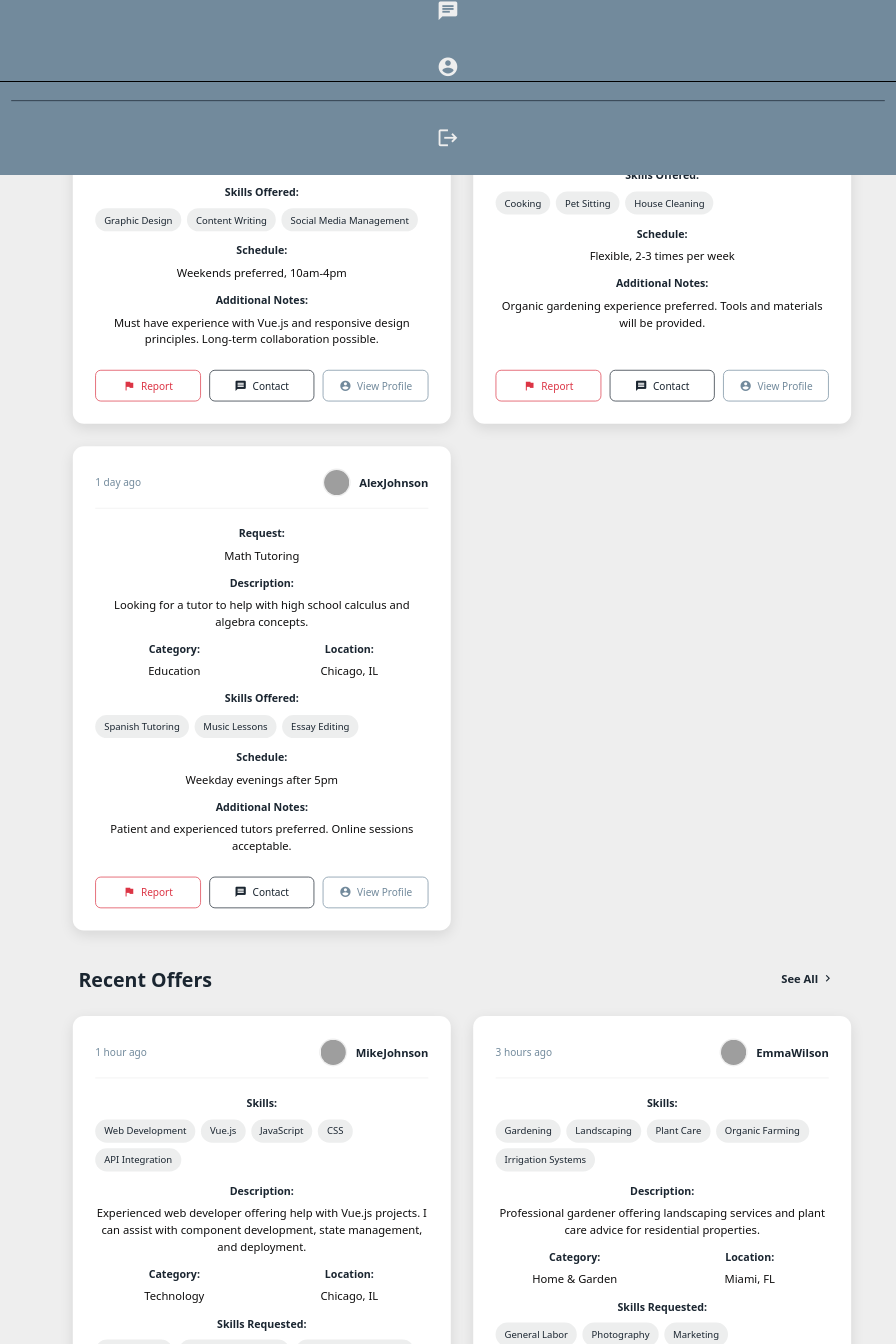
Repository: wholaanmo/news-snap
Page: /
These files come from the project's save history. The page is drawn as it stood at one moment and after a run of saves; the edit follows.
The browser window is 1280 px wide. The pictures show the part of the page from y = 309 to 2229 px (the page is 3397 px tall), at 70% of full size.
Pictures or frames that could not be fetched are drawn as grey boxes. The project was rebuilt for these pictures with package versions that can differ from the ones it lists, and the page was loaded fresh each time.

Above is the page before, as saved 2025-09-30 23:40:18.

### index.html
<!doctype html>
<html lang="en">
  <head>
    <meta charset="UTF-8" />
    <link rel="icon" type="image/svg+xml" href="/vite.svg" />
    <meta name="viewport" content="width=device-width, initial-scale=1.0" />
    <title>CommuniTrade</title>
    <link href="https://fonts.googleapis.com/css2?family=Material+Icons"
      rel="stylesheet">
    <link href="https://fonts.googleapis.com/css2?family=Roboto:wght@400;700&display=swap" rel="stylesheet">
    <link href="https://fonts.googleapis.com/css2?family=Inter:wght@400;600&display=swap" rel="stylesheet">
  </head>
  <body>
    <div id="app"></div>
    <script type="module" src="/src/main.js"></script>
  </body>
</html>

### src/views/Home.vue
<template>
    <div class="dashboard">
      <!-- Requests Section -->
      <section class="requests-section">
        <div class="section-header">
          <h2>Recent Requests</h2>
          <button class="see-all-btn" @click="navigateToRequests">
            See All
            <span class="material-icons">chevron_right</span>
          </button>
        </div>

        <div class="cards-container">
          <div
            v-for="request in filteredRequests.slice(0, 3)"
            :key="request.id"
            class="request-card"
          >
            <!-- Card Header -->
            <div class="card-header">
              <span class="posted-time">{{ request.timePosted }}</span>
              <div class="user-info">
                <div class="profile-pic-container">
                  <img
                    :src="request.profilePic"
                    :alt="request.accountName"
                    class="profile-pic"
                    @error="handleImageError"
                  >
                </div>
                <span class="account-name">{{ request.accountName }}</span>
              </div>
            </div>

            <!-- Card Content -->
            <div class="card-content">
              <div class="detail-item">
                <label>Request:</label>
                <span class="detail-value">{{ request.request }}</span>
              </div>
              <div class="detail-item">
                <label>Description:</label>
                <span class="detail-value">{{ request.description }}</span>
              </div>
              <div class="detail-row">
                <div class="detail-item">
                  <label>Category:</label>
                  <span class="detail-value">{{ request.category }}</span>
                </div>
                <div class="detail-item">
                  <label>Location:</label>
                  <span class="detail-value">{{ request.location }}</span>
                </div>
              </div>
              <div class="detail-item">
                <label>Skills Offered:</label>
                <div class="skills-tags">
                  <span
                    v-for="skill in request.skillsOffered"
                    :key="skill"
                    class="skill-tag"
                  >
                    {{ skill }}
                  </span>
                </div>
              </div>
              <div class="detail-item">
                <label>Schedule:</label>
                <span class="detail-value">{{ request.schedule }}</span>
              </div>
              <div class="detail-item">
                <label>Additional Notes:</label>
                <span class="detail-value">{{ request.additionalNotes }}</span>
              </div>
            </div>

            <!-- Card Actions -->
            <div class="card-actions">
              <button class="btn report-btn">
                <span class="material-icons">flag</span>
                Report
              </button>
              <button class="btn contact-btn">
                <span class="material-icons">message</span>
                Contact
              </button>
              <button class="btn profile-btn">
                <span class="material-icons">account_circle</span>
                View Profile
              </button>
            </div>
          </div>
        </div>
      </section>

      <!-- Offers Section -->
      <section class="offers-section">
        <div class="section-header">
          <h2>Recent Offers</h2>
          <button class="see-all-btn" @click="navigateToOffers">
            See All
            <span class="material-icons">chevron_right</span>
          </button>
        </div>

        <div class="cards-container">
          <div
            v-for="offer in filteredOffers.slice(0, 3)"
            :key="offer.id"
            class="offer-card"
          >
            <!-- Card Header -->
            <div class="card-header">
              <span class="posted-time">{{ offer.timePosted }}</span>
              <div class="user-info">
                <div class="profile-pic-container">
                  <img
                    :src="offer.profilePic"
                    :alt="offer.accountName"
                    class="profile-pic"
                    @error="handleImageError"
                  >
                </div>
                <span class="account-name">{{ offer.accountName }}</span>
              </div>
            </div>

            <!-- Card Content -->
            <div class="card-content">
              <div class="detail-item">
                <label>Skills:</label>
                <div class="skills-tags">
                  <span
                    v-for="skill in offer.skills"
                    :key="skill"
                    class="skill-tag"
                  >
                    {{ skill }}
                  </span>
                </div>
              </div>
              <div class="detail-item">
                <label>Description:</label>
                <span class="detail-value">{{ offer.description }}</span>
              </div>
              <div class="detail-row">
                <div class="detail-item">
                  <label>Category:</label>
                  <span class="detail-value">{{ offer.category }}</span>
                </div>
                <div class="detail-item">
                  <label>Location:</label>
                  <span class="detail-value">{{ offer.location }}</span>
                </div>
              </div>
              <div class="detail-item">
                <label>Skills Requested:</label>
                <div class="skills-tags">
                  <span
                    v-for="skill in offer.skillsRequested"
                    :key="skill"
                    class="skill-tag"
                  >
                    {{ skill }}
                  </span>
                </div>
              </div>
              <div class="detail-item">
                <label>Schedule:</label>
                <span class="detail-value">{{ offer.schedule }}</span>
              </div>
              <div class="detail-item">
                <label>Additional Notes:</label>
                <span class="detail-value">{{ offer.additionalNotes }}</span>
              </div>
            </div>

            <!-- Card Actions -->
            <div class="card-actions">
              <button class="btn report-btn">
                <span class="material-icons">flag</span>
                Report
              </button>
              <button class="btn contact-btn">
                <span class="material-icons">message</span>
                Contact
              </button>
              <button class="btn profile-btn">
                <span class="material-icons">account_circle</span>
                View Profile
              </button>
            </div>
          </div>
        </div>
      </section>
    </div>
  </template>

  <script setup>
  import { ref, computed } from 'vue'
  import { useRouter } from 'vue-router'

  const router = useRouter()
  const searchQuery = ref('')

  // Sample data for requests with profile pictures
  const requests = ref([
    {
      id: 1,
      accountName: 'JohnDoe',
      profilePic: 'https://images.unsplash.com/photo-1472099645785-5658abf4ff4e?w=150&h=150&fit=crop&crop=face',
      timePosted: '2 hours ago',
      request: 'Web Development Help',
      description: 'Need help building a responsive website for my small business. Looking for someone with experience in modern web technologies.',
      category: 'Technology',
      location: 'New York, NY',
      skillsOffered: ['Graphic Design', 'Content Writing', 'Social Media Management'],
      schedule: 'Weekends preferred, 10am-4pm',
      additionalNotes: 'Must have experience with Vue.js and responsive design principles. Long-term collaboration possible.'
    },
    {
      id: 2,
      accountName: 'SarahSmith',
      profilePic: 'https://images.unsplash.com/photo-1494790108755-2616b612b786?w=150&h=150&fit=crop&crop=face',
      timePosted: '5 hours ago',
      request: 'Gardening Assistance',
      description: 'Help with backyard garden maintenance and planting seasonal flowers and vegetables.',
      category: 'Home & Garden',
      location: 'Los Angeles, CA',
      skillsOffered: ['Cooking', 'Pet Sitting', 'House Cleaning'],
      schedule: 'Flexible, 2-3 times per week',
      additionalNotes: 'Organic gardening experience preferred. Tools and materials will be provided.'
    },
    {
      id: 3,
      accountName: 'AlexJohnson',
      profilePic: 'https://images.unsplash.com/photo-1507003211169-0a1dd7228f2d?w=150&h=150&fit=crop&crop=face',
      timePosted: '1 day ago',
      request: 'Math Tutoring',
      description: 'Looking for a tutor to help with high school calculus and algebra concepts.',
      category: 'Education',
      location: 'Chicago, IL',
      skillsOffered: ['Spanish Tutoring', 'Music Lessons', 'Essay Editing'],
      schedule: 'Weekday evenings after 5pm',
      additionalNotes: 'Patient and experienced tutors preferred. Online sessions acceptable.'
    }
  ])

  // Sample data for offers with profile pictures
  const offers = ref([
    {
      id: 1,
      accountName: 'MikeJohnson',
      profilePic: 'https://images.unsplash.com/photo-1500648767791-00dcc994a43e?w=150&h=150&fit=crop&crop=face',
      timePosted: '1 hour ago',
      skills: ['Web Development', 'Vue.js', 'JavaScript', 'CSS', 'API Integration'],
      description: 'Experienced web developer offering help with Vue.js projects. I can assist with component development, state management, and deployment.',
      category: 'Technology',
      location: 'Chicago, IL',
      skillsRequested: ['UI/UX Design', 'Project Management', 'Backend Development'],
      schedule: 'Evenings and weekends, flexible hours',
      additionalNotes: '5+ years of experience. Portfolio available upon request.'
    },
    {
      id: 2,
      accountName: 'EmmaWilson',
      profilePic: 'https://images.unsplash.com/photo-1438761681033-6461ffad8d80?w=150&h=150&fit=crop&crop=face',
      timePosted: '3 hours ago',
      skills: ['Gardening', 'Landscaping', 'Plant Care', 'Organic Farming', 'Irrigation Systems'],
      description: 'Professional gardener offering landscaping services and plant care advice for residential properties.',
      category: 'Home & Garden',
      location: 'Miami, FL',
      skillsRequested: ['General Labor', 'Photography', 'Marketing'],
      schedule: 'Weekdays only, 9am-5pm',
      additionalNotes: 'Specialized in tropical plants and sustainable gardening practices.'
    },
    {
      id: 3,
      accountName: 'DavidChen',
      profilePic: 'https://images.unsplash.com/photo-1519244703995-f4e0f30006d5?w=150&h=150&fit=crop&crop=face',
      timePosted: '6 hours ago',
      skills: ['Math Tutoring', 'Test Preparation', 'Online Teaching', 'Curriculum Development'],
      description: 'Certified math teacher offering tutoring services for middle school and high school students.',
      category: 'Education',
      location: 'Boston, MA',
      skillsRequested: ['English Tutoring', 'Computer Skills', 'Study Techniques'],
      schedule: 'Afternoons and weekends',
      additionalNotes: 'Patient and experienced with students of all learning styles. Remote sessions available.'
    }
  ])

  // Computed properties for filtered data
  const filteredRequests = computed(() => {
    if (!searchQuery.value) return requests.value
    const query = searchQuery.value.toLowerCase()
    return requests.value.filter(request =>
      request.request.toLowerCase().includes(query) ||
      request.description.toLowerCase().includes(query) ||
      request.category.toLowerCase().includes(query) ||
      request.location.toLowerCase().includes(query) ||
      request.skillsOffered.some(skill => skill.toLowerCase().includes(query))
    )
  })

  const filteredOffers = computed(() => {
    if (!searchQuery.value) return offers.value
    const query = searchQuery.value.toLowerCase()
    return offers.value.filter(offer =>
      offer.skills.some(skill => skill.toLowerCase().includes(query)) ||
      offer.description.toLowerCase().includes(query) ||
      offer.category.toLowerCase().includes(query) ||
      offer.location.toLowerCase().includes(query) ||
      offer.skillsRequested.some(skill => skill.toLowerCase().includes(query))
    )
  })

  // Navigation methods
  const navigateToRequests = () => {
    router.push('/requests')
  }

  const navigateToOffers = () => {
    router.push('/offers')
  }

  // Handle broken image links
  const handleImageError = (event) => {
    event.target.src = 'data:[embedded picture, 506 characters]'
  }
  </script>

  <style scoped>
  .dashboard {
    padding: 2rem;
    max-width: 1400px;
    margin: 0 auto;
    margin-left: 2rem; /* Added left margin */
  }

  /* Section Header Styles */
  .section-header {
    display: flex;
    justify-content: space-between;
    align-items: center;
    margin-bottom: 2rem;
    padding: 0 0.5rem;
    margin-left: 0.5rem; /* Added left margin */
  }

  .section-header h2 {
    color: var(--primary);
    font-size: 1.75rem;
    font-weight: 600;
  }

  .see-all-btn {
    display: flex;
    align-items: center;
    color: var(--primary);
    font-weight: 600;
    font-size: 1rem;
    transition: color 0.3s ease;
    padding: 0.5rem 1rem;
    border-radius: 6px;
    white-space: nowrap;
  }

  .see-all-btn:hover {
    color: var(--dark);
    background-color: rgba(26, 37, 48, 0.05);
  }

  .see-all-btn .material-icons {
    font-size: 1.2rem;
    margin-left: 0.25rem;
  }

  /* Cards Container - Grid Layout */
  .cards-container {
    display: grid;
    grid-template-columns: repeat(auto-fit, minmax(380px, 1fr));
    gap: 2rem;
    margin-bottom: 3rem;
    margin-left: 0.5rem; /* Added left margin */
  }

  /* Card Styles */
  .request-card,
  .offer-card {
    background: white;
    border-radius: 16px;
    padding: 2rem;
    box-shadow: 0 6px 20px rgba(0, 0, 0, 0.1);
    transition: transform 0.3s ease, box-shadow 0.3s ease;
    min-height: 580px;
    display: flex;
    flex-direction: column;
  }

  .request-card:hover,
  .offer-card:hover {
    transform: translateY(-4px);
    box-shadow: 0 12px 25px rgba(0, 0, 0, 0.15);
  }

  /* Card Header Styles with Profile Picture */
  .card-header {
    display: flex;
    justify-content: space-between;
    align-items: center;
    margin-bottom: 1.5rem;
    padding-bottom: 1rem;
    border-bottom: 1px solid var(--light);
  }

  .posted-time {
    color: var(--grey);
    font-size: 0.9rem;
  }

  .user-info {
    display: flex;
    align-items: center;
    gap: 0.75rem;
  }

  .profile-pic-container {
    width: 40px;
    height: 40px;
    border-radius: 50%;
    overflow: hidden;
    border: 2px solid var(--light);
    flex-shrink: 0;
  }

  .profile-pic {
    width: 100%;
    height: 100%;
    object-fit: cover;
  }

  .account-name {
    color: var(--primary);
    font-weight: 600;
    font-size: 1rem;
  }

  /* Card Content Styles */
  .card-content {
    margin-bottom: 2rem;
    flex: 1;
    display: flex;
    flex-direction: column;
    gap: 1rem;
  }

  .detail-item {
    display: flex;
    flex-direction: column;
    gap: 0.5rem;
  }

  .detail-item label {
    font-weight: 600;
    color: var(--primary);
    font-size: 0.95rem;
  }

  .detail-value {
    color: var(--dark);
    font-size: 1rem;
    line-height: 1.5;
  }

  .detail-row {
    display: flex;
    gap: 1.5rem;
  }

  .detail-row .detail-item {
    flex: 1;
  }

  /* Skills Tags Styles */
  .skills-tags {
    display: flex;
    flex-wrap: wrap;
    gap: 0.5rem;
    margin-top: 0.25rem;
  }

  .skill-tag {
    background-color: rgba(26, 37, 48, 0.08);
    color: var(--primary);
    padding: 0.4rem 0.8rem;
    border-radius: 20px;
    font-size: 0.85rem;
    font-weight: 500;
  }

  /* Card Actions Styles */
  .card-actions {
    display: flex;
    gap: 0.75rem;
    flex-wrap: wrap;
    margin-top: auto;
  }

  .btn {
    display: flex;
    align-items: center;
    padding: 0.75rem 1.25rem;
    border-radius: 8px;
    font-size: 0.9rem;
    font-weight: 500;
    transition: all 0.3s ease;
    border: 1px solid transparent;
    flex: 1;
    justify-content: center;
    min-width: 110px;
  }

  .btn .material-icons {
    font-size: 1.1rem;
    margin-right: 0.5rem;
  }

  .report-btn {
    color: #dc3545;
    border-color: #dc3545;
  }

  .report-btn:hover {
    background-color: #dc3545;
    color: white;
  }

  .contact-btn {
    color: var(--primary);
    border-color: var(--primary);
  }

  .contact-btn:hover {
    background-color: var(--primary);
    color: white;
  }

  .profile-btn {
    color: var(--grey);
    border-color: var(--grey);
  }

  .profile-btn:hover {
    background-color: var(--grey);
    color: white;
  }

  /* Responsive Design */
  @media (max-width: 1200px) {
    .cards-container {
      grid-template-columns: repeat(auto-fit, minmax(350px, 1fr));
    }
  }

  @media (max-width: 768px) {
    .dashboard {
      padding: 1rem;
      margin-left: 1rem; /* Adjusted left margin for mobile */
    }

    .cards-container {
      grid-template-columns: 1fr;
      gap: 1.5rem;
      margin-left: 0; /* Remove left margin on mobile for full width */
    }

    .section-header {
      flex-direction: column;
      align-items: flex-start;
      gap: 0.75rem;
      margin-left: 0; /* Remove left margin on mobile */
    }

    .request-card,
    .offer-card {
      padding: 1.5rem;
      min-height: auto;
    }

    .card-actions {
      flex-direction: column;
    }

    .detail-row {
      flex-direction: column;
      gap: 1rem;
    }

    .btn {
      min-width: auto;
    }
  }

  @media (max-width: 480px) {
    .dashboard {
      margin-left: 0.5rem; /* Smaller left margin on very small screens */
    }

    .request-card,
    .offer-card {
      padding: 1.25rem;
    }

    .card-header {
      flex-direction: column;
      align-items: flex-start;
      gap: 0.75rem;
    }

    .user-info {
      align-self: flex-end;
    }
  }
  </style>

Loaded but not shown: src/style.css (common file); src/main.js (57 lines, source omitted); src/components/Sidebar.vue (236 lines, source omitted); src/App.vue (104 lines, source omitted); src/components/Navbar.vue (122 lines, source omitted)

After the next 2 saves:
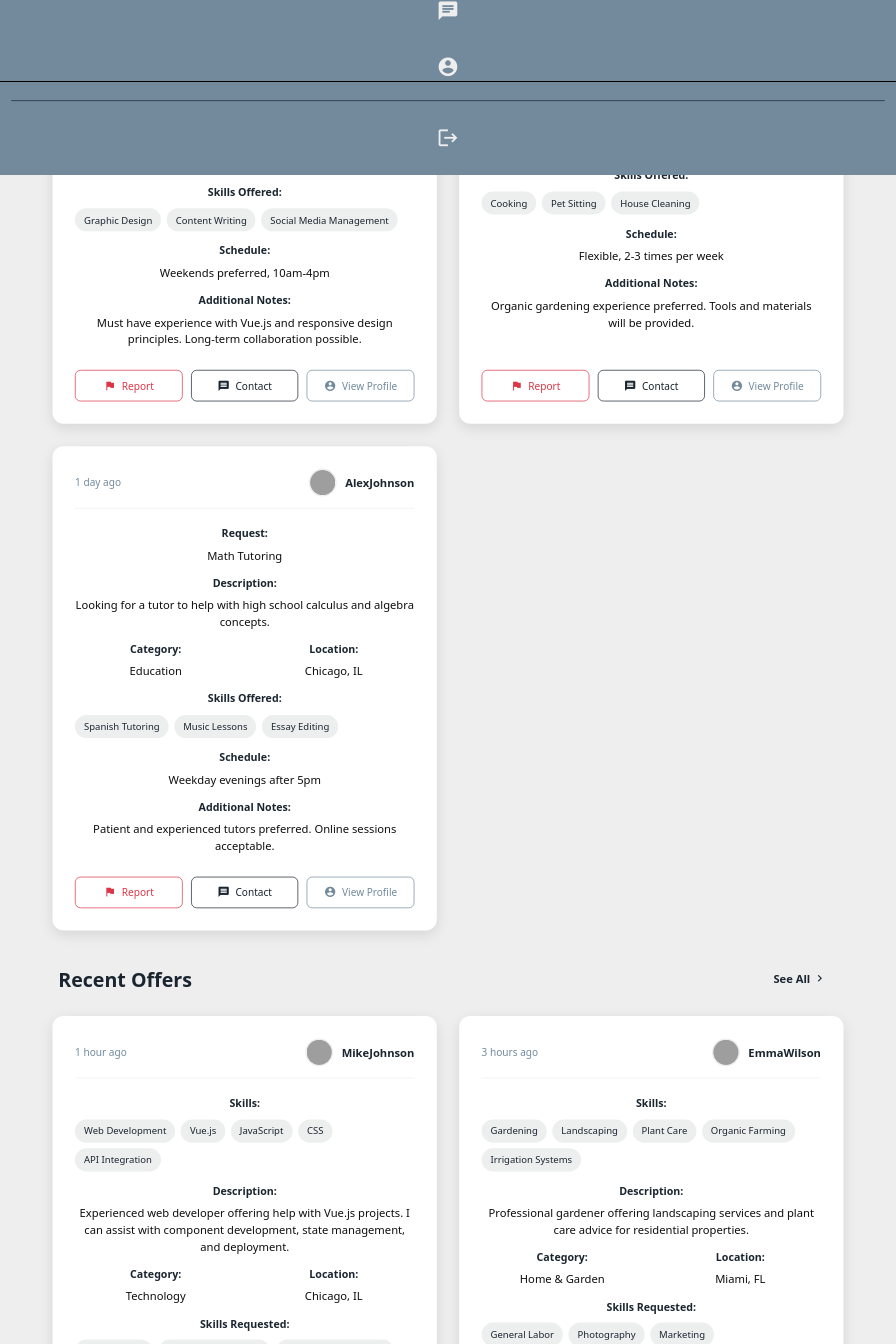
The 2 saves are shown as one change because they came seconds apart.
The last was saved 20 s later.
--- a/src/views/Home.vue
+++ b/src/views/Home.vue
@@ -1,5 +1,6 @@
 <template>
     <div class="dashboard">
+
       <!-- Requests Section -->
       <section class="requests-section">
         <div class="section-header">
@@ -323,6 +324,10 @@
     router.push('/offers')
   }
 
+  const handleSearch = () => {
+    // Search is handled by computed properties
+  }
+
   // Handle broken image links
   const handleImageError = (event) => {
     event.target.src = 'data:[embedded picture, 506 characters]'
@@ -334,7 +339,48 @@
     padding: 2rem;
     max-width: 1400px;
     margin: 0 auto;
-    margin-left: 2rem; /* Added left margin */
+  }
+
+  /* Search Bar Styles - Made Longer */
+  .search-container {
+    margin-bottom: 3rem;
+    display: flex;
+    justify-content: center;
+  }
+
+  .search-bar {
+    display: flex;
+    align-items: center;
+    background: white;
+    border-radius: 50px;
+    padding: 0.75rem 1.5rem;
+    box-shadow: 0 2px 10px rgba(0, 0, 0, 0.1);
+    border: 2px solid var(--grey);
+    transition: border-color 0.3s ease;
+    width: 100%;
+    max-width: 800px; /* Longer search bar */
+  }
+
+  .search-bar:focus-within {
+    border-color: var(--primary);
+  }
+
+  .search-bar .material-icons {
+    color: var(--grey);
+    margin-right: 0.5rem;
+  }
+
+  .search-bar input {
+    flex: 1;
+    border: none;
+    outline: none;
+    font-size: 1rem;
+    background: transparent;
+    width: 100%;
+  }
+
+  .search-bar input::placeholder {
+    color: var(--grey);
   }
 
   /* Section Header Styles */
@@ -344,7 +390,6 @@
     align-items: center;
     margin-bottom: 2rem;
     padding: 0 0.5rem;
-    margin-left: 0.5rem; /* Added left margin */
   }
 
   .section-header h2 {
@@ -381,7 +426,6 @@
     grid-template-columns: repeat(auto-fit, minmax(380px, 1fr));
     gap: 2rem;
     margin-bottom: 3rem;
-    margin-left: 0.5rem; /* Added left margin */
   }
 
   /* Card Styles */
@@ -565,20 +609,21 @@
   @media (max-width: 768px) {
     .dashboard {
       padding: 1rem;
-      margin-left: 1rem; /* Adjusted left margin for mobile */
+    }
+
+    .search-bar {
+      max-width: 100%;
     }
 
     .cards-container {
       grid-template-columns: 1fr;
       gap: 1.5rem;
-      margin-left: 0; /* Remove left margin on mobile for full width */
     }
 
     .section-header {
       flex-direction: column;
       align-items: flex-start;
       gap: 0.75rem;
-      margin-left: 0; /* Remove left margin on mobile */
     }
 
     .request-card,
@@ -602,13 +647,13 @@
   }
 
   @media (max-width: 480px) {
-    .dashboard {
-      margin-left: 0.5rem; /* Smaller left margin on very small screens */
-    }
-
     .request-card,
     .offer-card {
       padding: 1.25rem;
+    }
+
+    .search-bar {
+      padding: 0.6rem 1.25rem;
     }
 
     .card-header {
